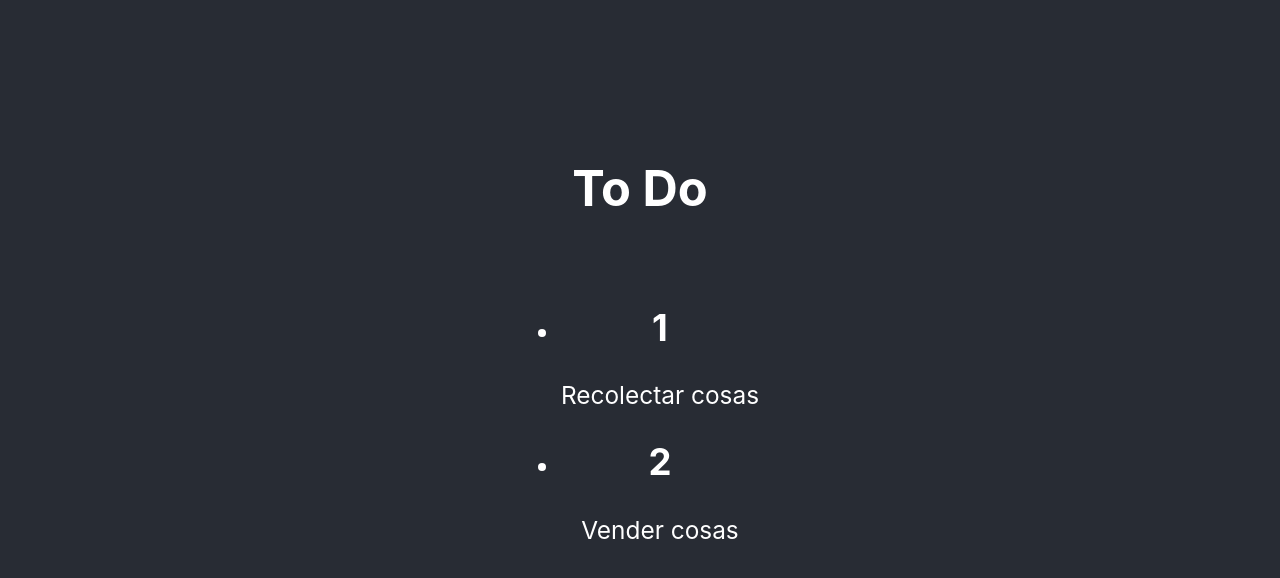
Repository: ChristianGecchelin/ts-react-context
Page: /
An editor plug-in stored every save of this project. The page is shown before and after the next save, followed by the edit.
The browser window is 1280 px wide. The pictures show the whole page.
The project was rebuilt for these pictures with package versions that can differ from the ones it lists, and the page was loaded fresh each time.

Above is the page before, as saved 2022-08-17 19:45:35.

After the next save:
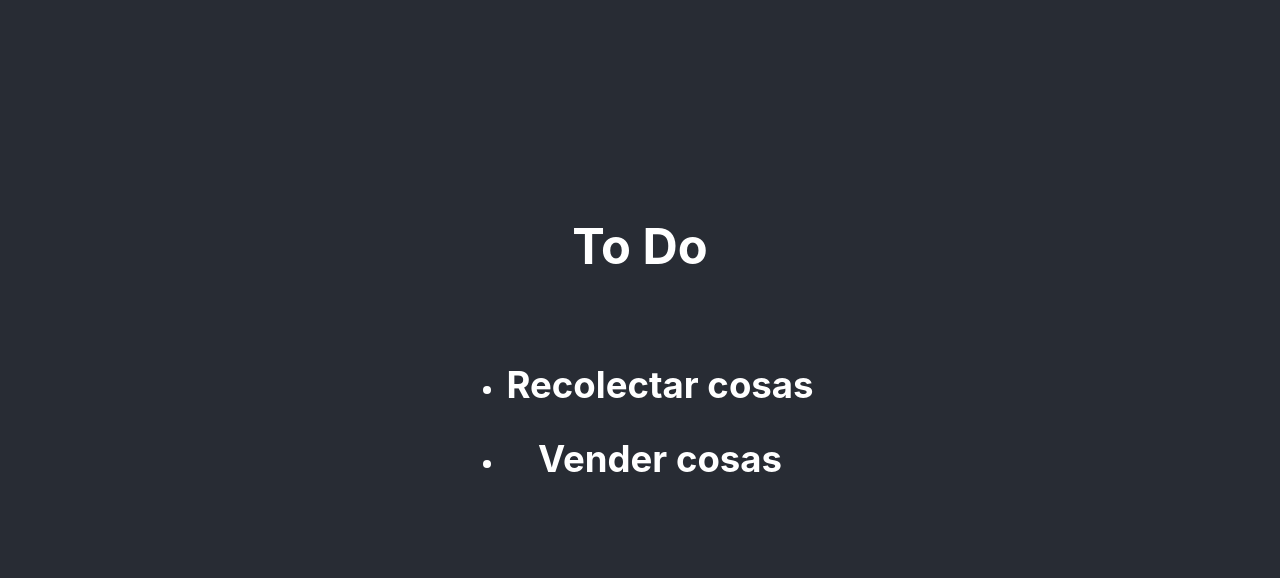
Saved 39 s later.
--- a/src/todo/components/TodoList.tsx
+++ b/src/todo/components/TodoList.tsx
@@ -7,9 +7,8 @@ export const TodoList = () => {
     <ul>
         {todoState.todos.map(todo=>
         <li>
-            <h2>{todo.id}</h2>
-            <p>{todo.desc}</p>
-            <span>{todo.completed}</span>
+            <h2>{todo.desc}</h2>
+            <p>{todo.completed}</p>
         </li>
         )}
     </ul>
